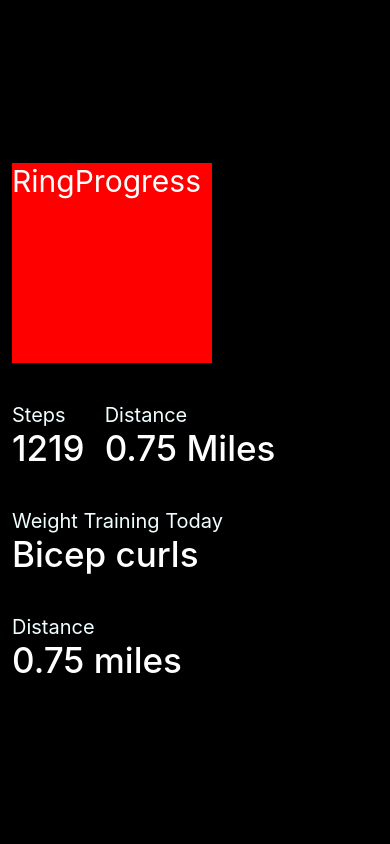
Repository: JamesPesenti/JiMTracker
Screen: /
These files come from the project's save history. The screen is drawn as it stood at one moment and after the next save; the edit follows.
The app was drawn by React Native's web renderer in a window 390 px wide. The project was rebuilt for these pictures with package versions that can differ from the ones it lists, and the page was loaded fresh each time.

Above is the screen before, as saved 2023-06-16 13:32:08.

### App.tsx
import { StatusBar } from 'expo-status-bar';
import { StyleSheet, Text, View } from 'react-native';
import Value from "./src/components/Value"
import RingProgress from './src/components/RingProgress';



export default function App() {
  return (
    <View style={styles.container}>
       <RingProgress />
       <View style={{flexDirection: "row", gap: 20}}>
          <Value label="Steps" value="1219" />
          <Value label="Distance" value="0.75 Miles" />
       </View>
          {/* Training */}
           <View>
              <Text style={styles.label}>Weight Training Today</Text>
              <Text style={styles.amount}>Bicep curls</Text>
           </View>

        <View style={{flexDirection: 'row'}}>
          {/* new */}
          <View>
              <Text style={styles.label}>Distance</Text>
              <Text style={styles.amount}>0.75 miles</Text>
          </View>
        </View>
      <StatusBar style="auto" />
    </View>
  );
}

const styles = StyleSheet.create({
  container: {
    flex: 1,
    backgroundColor: 'black',
    justifyContent: 'center',
    padding: 12,
    marginHorizontal: 0,
    gap: 40,
  },
  label: {
    color: "azure",
    fontSize: 20,
  },
  amount: {
    color: "white",
    fontSize: 35,
    fontWeight: "500"
  }
});

### src/components/Value.tsx
import { StyleSheet, Text, View } from 'react-native';

type ValueProps = {
  label: string;
  value: string;
}

const Value = ({ label, value }: ValueProps) => {
  return (
    <>
     <View>
      <Text style={styles.label}>{label}</Text>
      <Text style={styles.amount}>{value}</Text>
     </View>
    </>
  )
}

export default Value

const styles = StyleSheet.create({
   label: {
      color: "azure",
      fontSize: 20,
    },
    amount: {
      color: "white",
      fontSize: 35,
      fontWeight: "500"
    }
})

### src/components/RingProgress.tsx
import { StyleSheet, Text, View } from 'react-native'
import React from 'react'

type RingProgressProps = {
   radius?: number;

}

const color = "#EE0F55"

const RingProgress = ({radius = 100}: RingProgressProps) => {
  return (
    <View
      style={{width: radius * 2, height: radius * 2, backgroundColor: "red"}}
   >
      <Text style={{fontSize: 30, color: "white"}}>RingProgress</Text>
    </View>
  )
}

export default RingProgress

const styles = StyleSheet.create({})

After the next save:
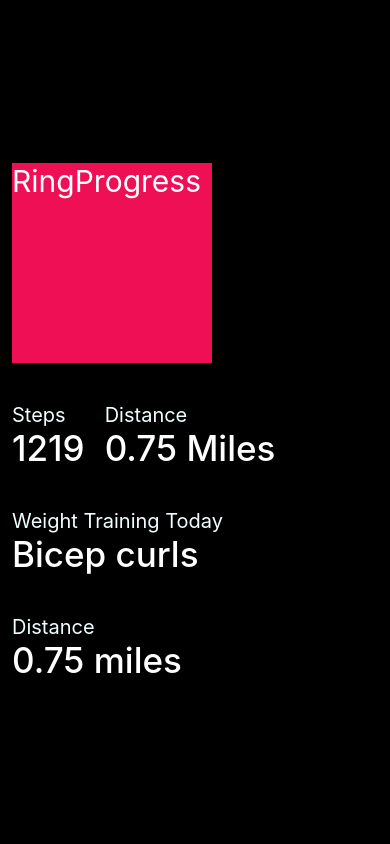
Saved 10 s later.
--- a/src/components/RingProgress.tsx
+++ b/src/components/RingProgress.tsx
@@ -11,7 +11,7 @@ const color = "#EE0F55"
 const RingProgress = ({radius = 100}: RingProgressProps) => {
   return (
     <View
-      style={{width: radius * 2, height: radius * 2, backgroundColor: "red"}}
+      style={{width: radius * 2, height: radius * 2, backgroundColor: color}}
    >
       <Text style={{fontSize: 30, color: "white"}}>RingProgress</Text>
     </View>
